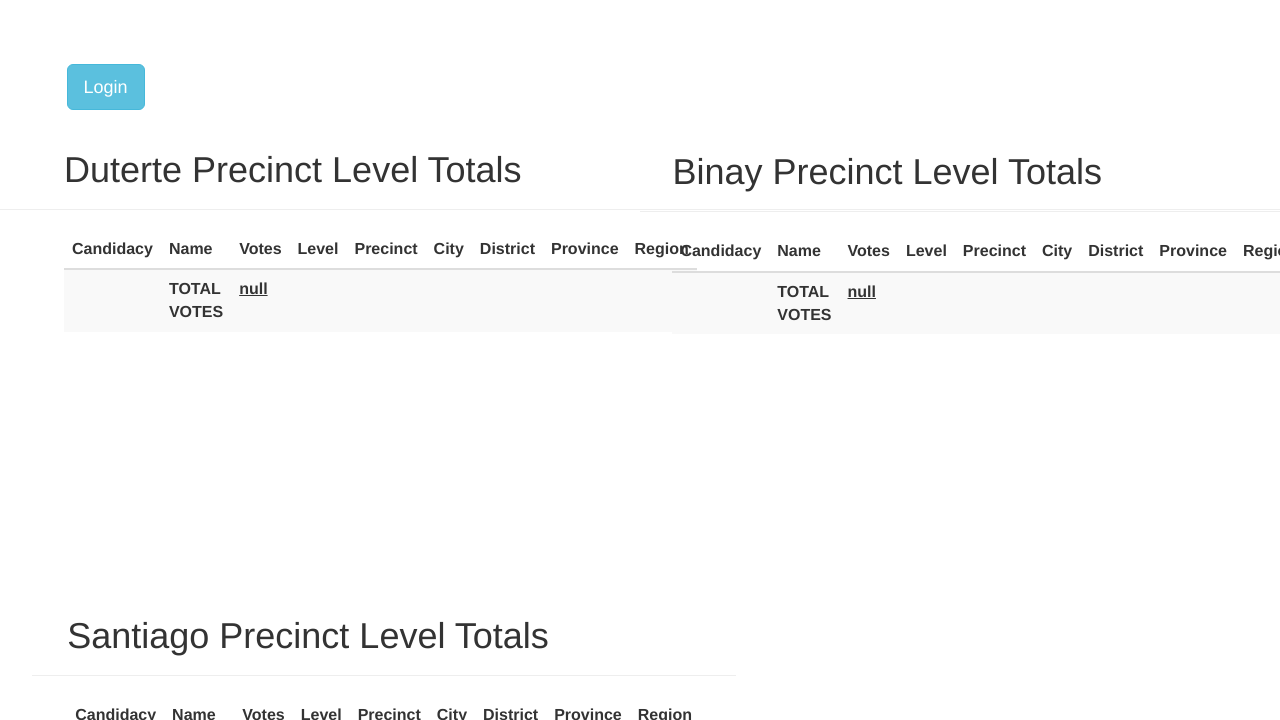
Repository: acbalutan/softdev-cencas-team_apink
Page: http://localhost/AES/index.jsp
These files come from the project's save history. The page is drawn as it stood at one moment and after the next save; the edit follows.
The browser window is 1280 px wide. The pictures show the whole page.
The page is served by Tomcat 9. Queries for data that is not in the repository find no rows.

Above is the page before, as saved 2016-02-26 11:14:23.
Console error (its wording comes from the project's code and is left out).

After the next save:
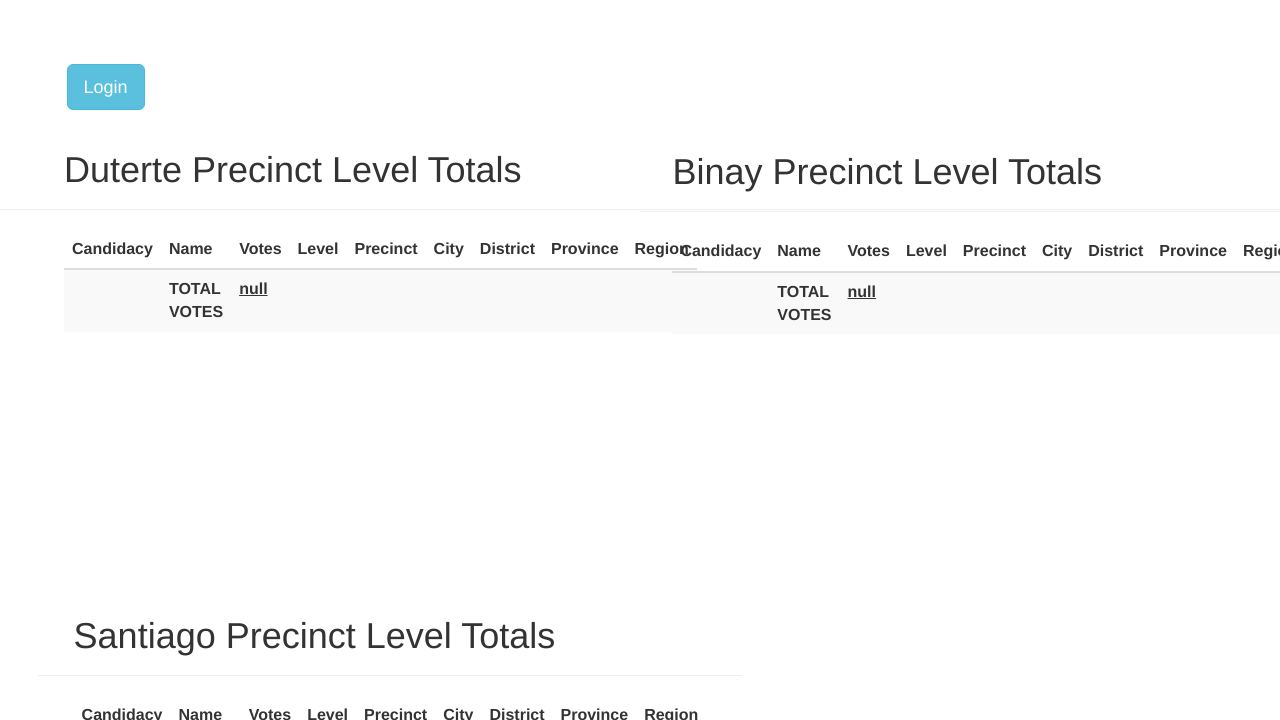
Saved 52 s later.
--- a/workspace/AES/WebContent/index.jsp
+++ b/workspace/AES/WebContent/index.jsp
@@ -138,7 +138,7 @@
 	</div>
 </div>
 
-<div style="position: absolute; top: 80%; left: 2.5%;">
+<div style="position: absolute; top: 80%; left: 3%;">
 	<div class="page-header" style="padding-left: 5%;">
 		<h1>Santiago Precinct Level Totals</h1>
 	</div>
